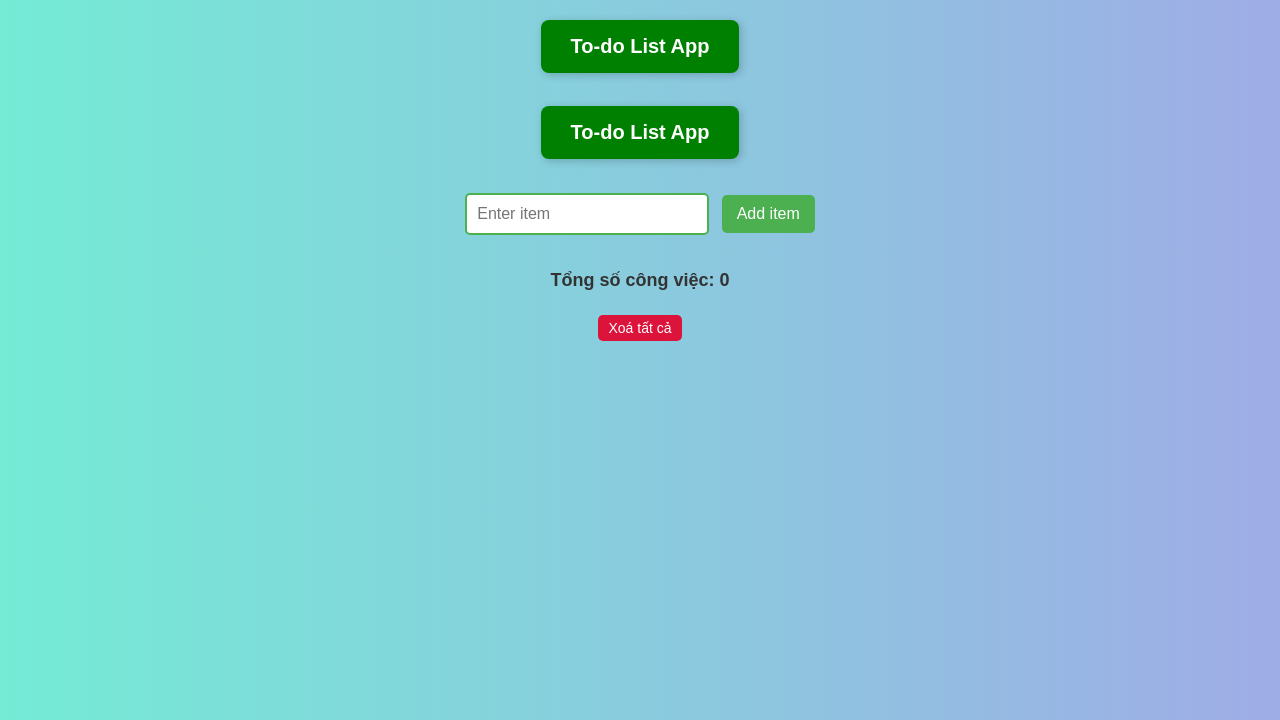
Repository: binhphanbp/WEB2064_JavaScript-Advanced_WD20305
Page: lesson4/lesson4.html
The author's editor kept a copy of each file at every save. The page is drawn from the files as they stood at one save, then again after the next save.
The browser window is 1280 px wide. The pictures show the whole page.

Above is the page before, as saved 2025-09-24 12:32:13.

After the next save:
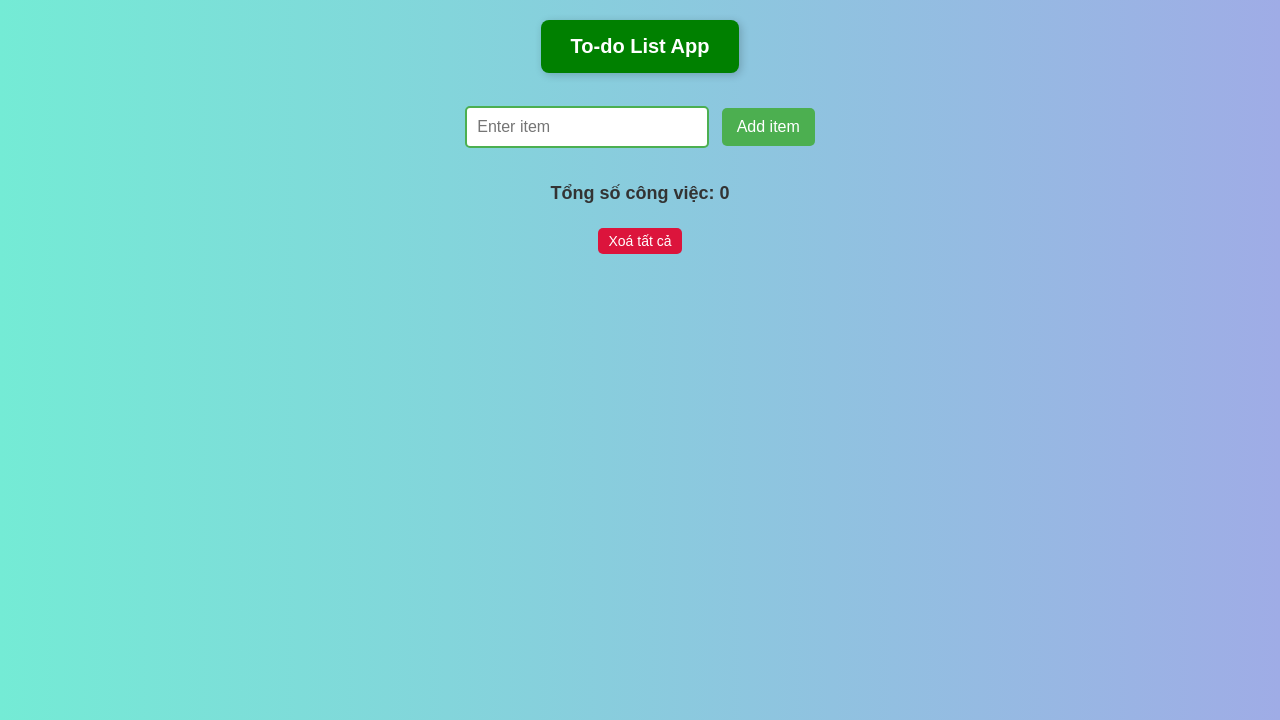
Saved 29 s later.
--- a/lesson4/lesson4.html
+++ b/lesson4/lesson4.html
@@ -202,6 +202,7 @@
       // 8. Sao chép phần tử
       const cloneH1Tag = h1Tag.cloneNode(true);
       document.body.prepend(cloneH1Tag);
+      cloneH1Tag.remove();
     </script>
   </body>
 </html>
